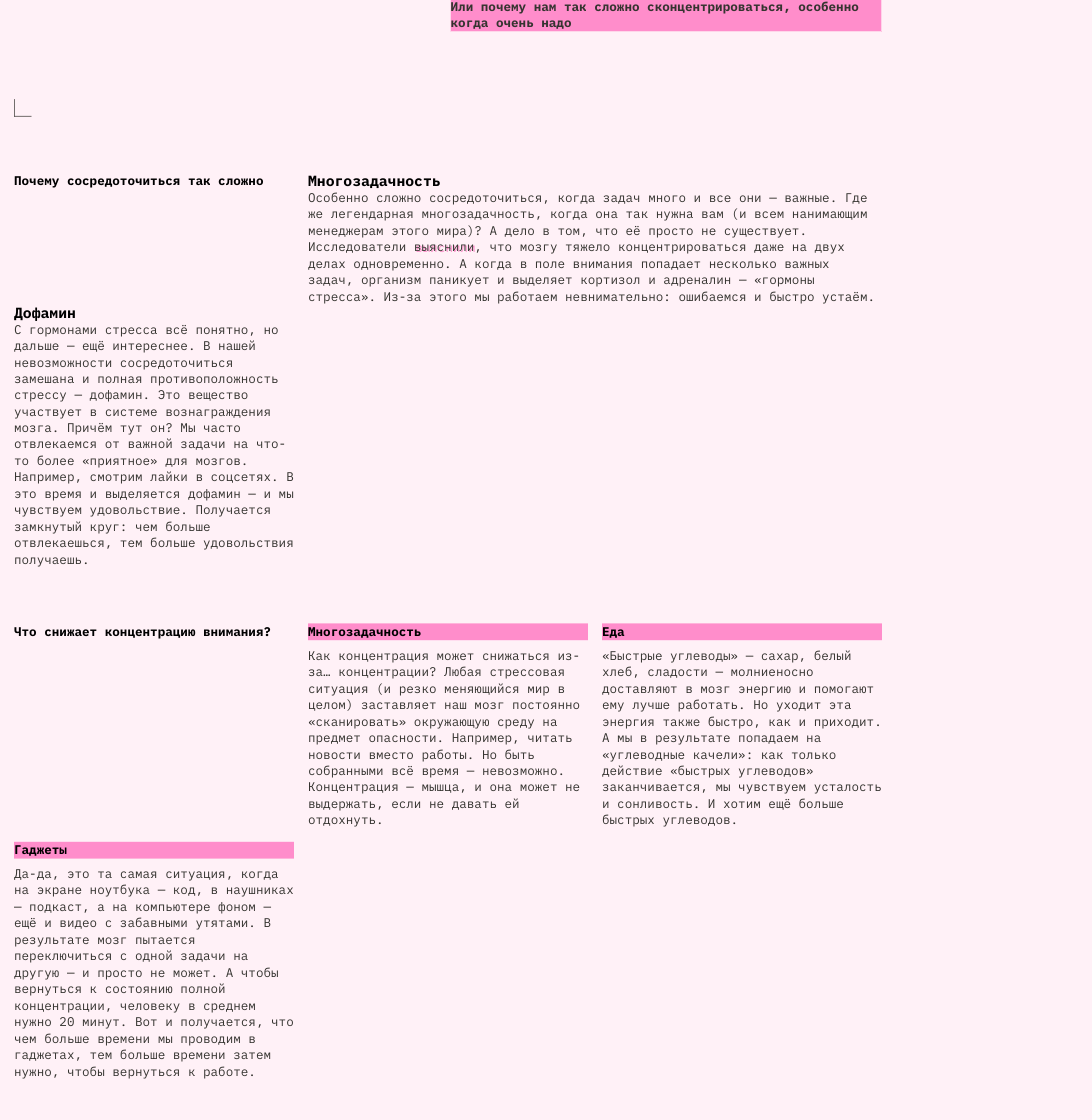
Repository: NikWolf75/slozhno-sosredotochitsya-fd
Page: index.html
These files come from the project's save history. The page is drawn as it stood at one moment and after a run of saves; the edit follows.
The browser window is 1280 px wide. The page is 1560 px wide, so the pictures cover 1560 px, including what lies to the right of the window. The pictures show the part of the page from y = 582 to 2182 px (the page is 7415 px tall before and 7191 px after), at 70% of full size.

Above is the page before, as saved 2025-02-27 21:44:38.

After the next 3 saves:
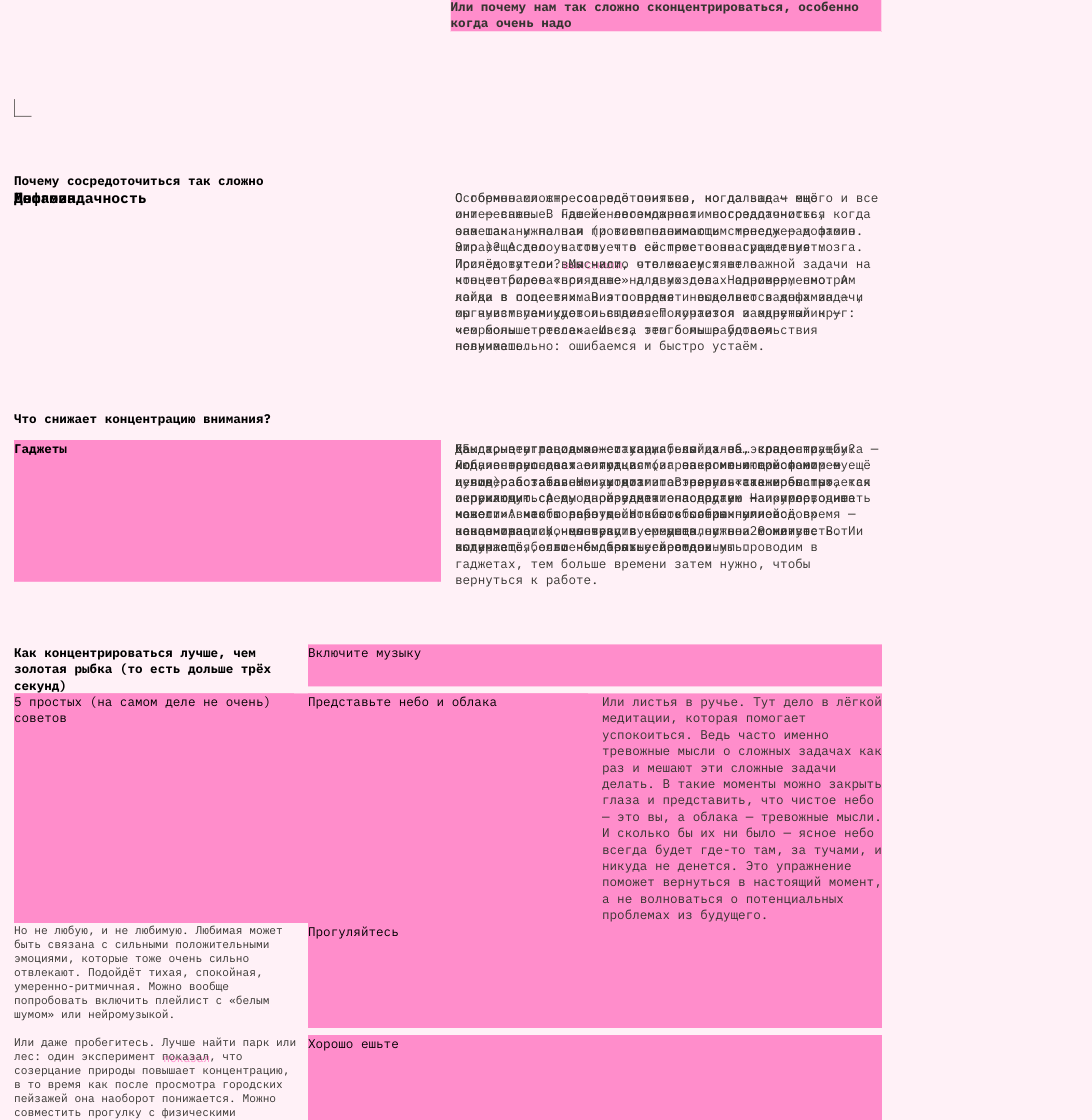
The 3 saves are shown as one change because they came seconds apart.
The last was saved 9 s later.
--- a/styles/style.css
+++ b/styles/style.css
@@ -305,7 +305,7 @@
     grid-column: 1;
   }
 
-  .content__what, .content__answer {
+  .content__what, .answer {
     display: grid;
     grid-row: 2;
     grid-column: 1 / -1;
@@ -313,7 +313,7 @@
     grid-template-columns: repeat(auto-fit, minmax(calc((100% - 40px) / 3), 1fr));
   }
 
-  .content__gallery, .content__answer-short {
+  .content__gallery, .answer-short {
     grid-row: 1;
     grid-column: 1 / -1;
     margin: 0;
